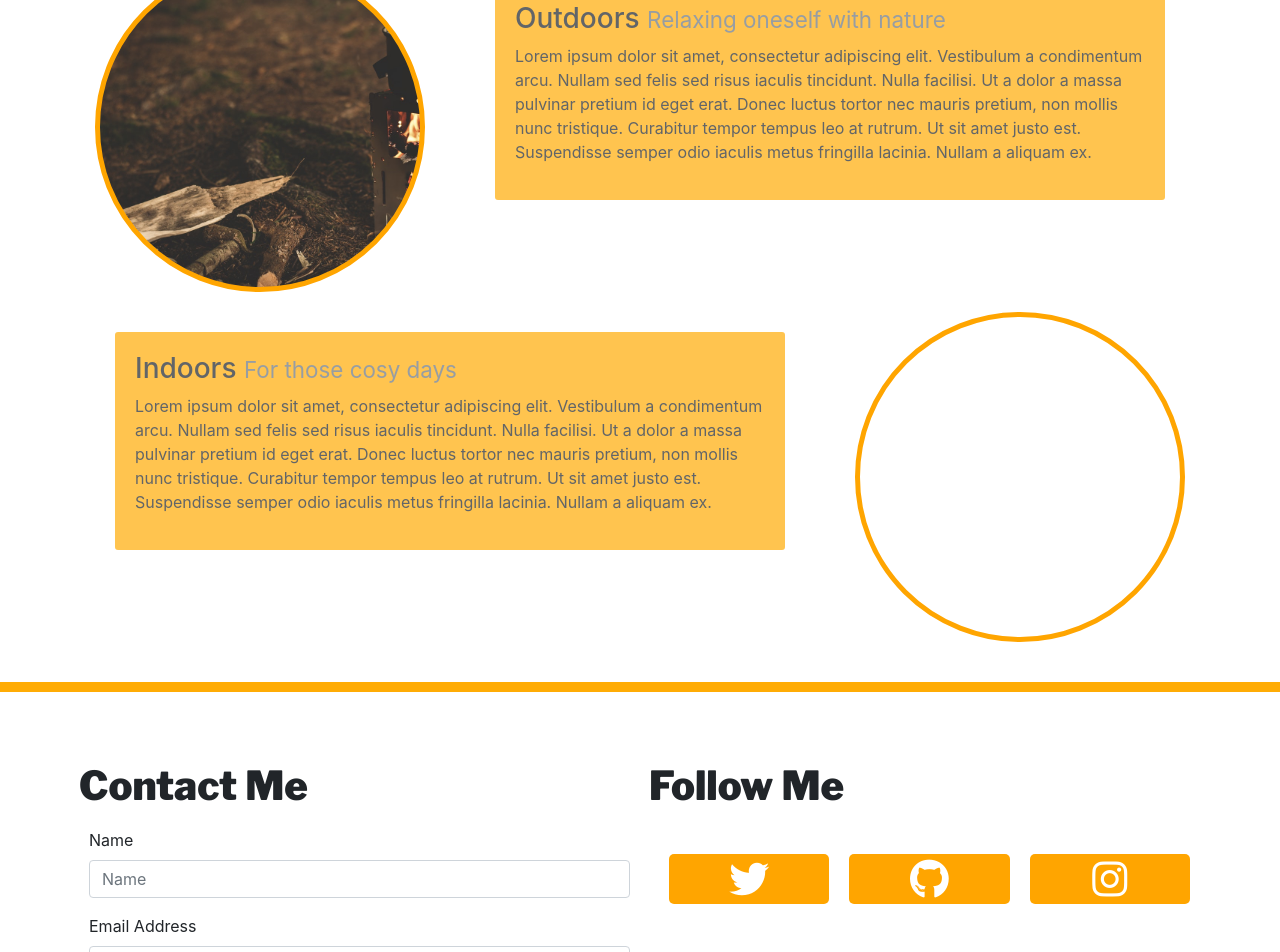
Repository: muhdarifrawi/resume-project
Page: index.html
The author's editor kept a record of every edit. The page is drawn from the files as they stood at one moment, then again after the next edit.
The browser window is 1280 px wide. The pictures show the part of the page from y = 2738 to 3690 px (the page is 4250 px tall).
Some web libraries are served in a nearby version.

Above is the page before.

### index.html
<!doctype html>
<html lang="en">

<head>
    <!-- Required meta tags -->
    <meta charset="utf-8">
    <meta name="viewport" content="width=device-width, initial-scale=1, shrink-to-fit=no">
    <!-- Font Awesome script -->
    <script src="https://kit.fontawesome.com/00e1568e72.js"></script>
    <!-- GOOGLE font -->
    <link href="https://fonts.googleapis.com/css?family=Libre+Franklin:900&display=swap" rel="stylesheet">
    <!-- AOS script -->
    <link href="https://unpkg.com/aos@2.3.1/dist/aos.css" rel="stylesheet">

    <!-- Bootstrap CSS -->
    <link rel="stylesheet" href="https://stackpath.bootstrapcdn.com/bootstrap/4.3.1/css/bootstrap.min.css" integrity="sha384-ggOyR0iXCbMQv3Xipma34MD+dH/1fQ784/j6cY/iJTQUOhcWr7x9JvoRxT2MZw1T" crossorigin="anonymous">
    <link rel="stylesheet" href="style.css" type="text/css" />
    <title>Online Resume</title>
</head>

  <!-- scroll spy added to body section -->
<body data-spy="scroll" data-target="#navscroll" data-offset="100">
    <!-- Navbar starts here -->
    <nav id="navscroll" class="navbar fixed-top navbar-expand-lg navbar-light bg-light">
        <a class="navbar-brand" href="#">My Resume</a>
        <button class="navbar-toggler" type="button" data-toggle="collapse" data-target="#navbarSupportedContent" aria-controls="navbarSupportedContent" aria-expanded="false" aria-label="Toggle navigation">
    <span class="navbar-toggler-icon"></span>
  </button>

        <div class="collapse navbar-collapse" id="navbarSupportedContent">
            <ul class="navbar-nav mr-auto">
                <li class="nav-item">
                    <a class="nav-link" href="#home">Home <span class="sr-only">(current)</span></a>
                </li>
                <li class="nav-item">
                    <a class="nav-link" href="#skills">Skills</a>
                </li>

                <li class="nav-item">
                    <a class="nav-link" href="#projects">Projects</a>
                </li>

                <li class="nav-item">
                    <a class="nav-link" href="#hobbies">Hobbies</a>
                </li>

                <li class="nav-item">
                    <a class="nav-link" href="#contact">Contact Me</a>
                </li>

            </ul>

        </div>
    </nav>
    <!-- navbar ends here -->

    <!--Jumbotron -->
    <div class="jumbotron jumbotron-fluid" id="home">
        <div class="container">
            <h1 class="display-4">Muhammad Arif Bin Rawi</h1>
            <p class="lead">Aspiring Junior Game Developer. </p>
        </div>
    </div>

    <div class="orange strip"></div>

<div class="container" id="skills">

<h1>Skills</h1>
    <!-- created div to slot in AOS -->
   <div data-aos="fade-right" data-aos-offset="300" data-aos-easing="ease-in-sine">
        <!-- photoshop row -->
        <div class="row pt-md-5">
            <div class="col-lg-3 col-sm-6">
                <div class="ware">
                    <img src="image/icon/PS.png" alt="photoshop" class="rounded">
                    <div class="house">
                        <div class="text">
                            <h5>Photoshop</h5>
                        </div>
                        <div class="text2">
                            <h6>Good</h6>
                        </div>
                    </div>
                </div>
            </div>
            <div class="col-lg-9 col-sm-6">
                <div class="bar-mid"></div>
            </div>
        </div>

        <!-- ms office row -->
        <div class="row">
            <div class="col-lg-3 col-sm-6">
                <div class="ware">
                    <img src="image/icon/MSO.png" alt="MS Office" class="rounded">
                    <div class="house">
                        <div class="text">
                            <h5>MS Office</h5>
                        </div>
                        <div class="text2">
                            <h6>Advance</h6>
                        </div>
                    </div>
                </div>
            </div>
            <div class="col-lg-9 col-sm-6">
                <div class="bar-full"></div>
            </div>
        </div>

        <!-- CSS row -->
        <div class="row">
            <div class="col-lg-3 col-sm-6">
                <div class="ware">
                    <img src="image/icon/CSS.png" alt="CSS" class="rounded">
                    <div class="house">
                        <div class="text">
                            <h5>CSS</h5>
                        </div>
                        <div class="text2">
                            <h6>Good</h6>
                        </div>
                    </div>
                </div>
            </div>
            <div class="col-lg-9 col-sm-6">
                <div class="bar-mid"></div>
            </div>
        </div>

        <!-- HTML row -->
        <div class="row">
            <div class="col-lg-3 col-sm-6">
                <div class="ware">
                    <img src="image/icon/HTML.png" alt="HTML" class="rounded">
                    <div class="house">
                        <div class="text">
                            <h5>HTML</h5>
                        </div>
                        <div class="text2">
                            <h6>Good</h6>
                        </div>
                    </div>
                </div>
            </div>
            <div class="col-lg-9 col-sm-6">
                <div class="bar-mid"></div>
            </div>
        </div>

        <!-- Java row -->
        <div class="row">
            <div class="col-lg-3 col-sm-6">
                <div class="ware">
                    <img src="image/icon/JS.png" alt="Java" class="rounded">
                    <div class="house">
                        <div class="text">
                            <h5>Java</h5>
                        </div>
                        <div class="text2">
                            <h6>Basic</h6>
                        </div>
                    </div>
                </div>
            </div>
            <div class="col-lg-9 col-sm-6">
                <div class="bar-min"></div>
            </div>
        </div>

        <!-- Python row -->
        <div class="row">
            <div class="col-lg-3 col-sm-6">
                <div class="ware">
                    <img src="image/icon/PY.png" alt="Python" class="rounded">
                    <div class="house">
                        <div class="text">
                            <h5>Python</h5>
                        </div>
                        <div class="text2">
                            <h6>Basic</h6>
                        </div>
                    </div>
                </div>
            </div>
            <div class="col-lg-9 col-sm-6">
                <div class="bar-min"></div>
            </div>
        </div>
    </div>
</div>

    <!-- <div class="orange strip"></div> -->

<!--usage of jumbotron to overcome "no-stretch" problem -->
<div class="jumbotron jumbotron-fluid "  id="projects">
<div class="container">
        <h1>Projects</h1>
        <div class="row">
            <div class="col">
                <div class="card note" style="width: 18rem;">
                    <div class="card-body">
                        <h5 class="card-title">Online Resume</h5>
                        <h6 class="card-subtitle mb-2 text-muted">HTML, CSS, Bootstrap</h6>
                        <p class="card-text">Project displaying the basics of creating a webpage.</p>

                        <a href="https://muhdarifrawi.github.io/resume-project/" target="_blank" class="card-link">
                            <div class="rounded-box"><i class="far fa-window-maximize"></i></div></a>

                        <a href="https://github.com/muhdarifrawi/resume-project" target="_blank" class="card-link">
                            <div class="rounded-box"><i class="fab fa-github"></i></div></a>
                    </div>
                </div>
            </div>

            <div class="col">
                <div class="card note2" style="width: 18rem;">
                    <div class="card-body">
                        <h5 class="card-title">Online Resume</h5>
                        <h6 class="card-subtitle mb-2 text-muted">HTML, CSS, Bootstrap</h6>
                        <p class="card-text">Project displaying the basics of creating a webpage.</p>

                        <a href="https://muhdarifrawi.github.io/resume-project/" target="_blank" class="card-link">
                            <div class="rounded-box"><i class="far fa-window-maximize"></i></div></a>

                        <a href="https://github.com/muhdarifrawi/resume-project" target="_blank" class="card-link">
                            <div class="rounded-box"><i class="fab fa-github"></i></div></a>
                    </div>
                </div>
            </div>

            <div class="col">
                <div class="card note3" style="width: 18rem;">
                    <div class="card-body">
                        <h5 class="card-title">Online Resume</h5>
                        <h6 class="card-subtitle mb-2 text-muted">HTML, CSS, Bootstrap</h6>
                        <p class="card-text">Project displaying the basics of creating a webpage.</p>

                        <a href="https://muhdarifrawi.github.io/resume-project/" target="_blank" class="card-link">
                            <div class="rounded-box"><i class="far fa-window-maximize"></i></div></a>

                        <a href="https://github.com/muhdarifrawi/resume-project" target="_blank" class="card-link">
                            <div class="rounded-box"><i class="fab fa-github"></i></div></a>
                    </div>
                </div>
            </div>

        </div>

        <div class="row">
        <div class="col">
            <div class="card note3" style="width: 18rem;">
                <div class="card-body">
                    <h5 class="card-title">Online Resume</h5>
                    <h6 class="card-subtitle mb-2 text-muted">HTML, CSS, Bootstrap</h6>
                    <p class="card-text">Project displaying the basics of creating a webpage.</p>

                    <a href="https://muhdarifrawi.github.io/resume-project/" target="_blank" class="card-link">
                        <div class="rounded-box"><i class="far fa-window-maximize"></i></div></a>

                    <a href="https://github.com/muhdarifrawi/resume-project" target="_blank" class="card-link">
                        <div class="rounded-box"><i class="fab fa-github"></i></div></a>
                </div>
            </div>
        </div>

        <div class="col">
            <div class="card note" style="width: 18rem;">
                <div class="card-body">
                    <h5 class="card-title">Online Resume</h5>
                    <h6 class="card-subtitle mb-2 text-muted">HTML, CSS, Bootstrap</h6>
                    <p class="card-text">Project displaying the basics of creating a webpage.</p>

                    <a href="https://muhdarifrawi.github.io/resume-project/" target="_blank" class="card-link">
                        <div class="rounded-box"><i class="far fa-window-maximize"></i></div></a>

                    <a href="https://github.com/muhdarifrawi/resume-project" target="_blank" class="card-link">
                        <div class="rounded-box"><i class="fab fa-github"></i></div></a>
                </div>
            </div>
        </div>

        <div class="col">
            <div class="card note2" style="width: 18rem;">
                <div class="card-body">
                    <h5 class="card-title">Online Resume</h5>
                    <h6 class="card-subtitle mb-2 text-muted">HTML, CSS, Bootstrap</h6>
                    <p class="card-text">Project displaying the basics of creating a webpage.</p>

                    <a href="https://muhdarifrawi.github.io/resume-project/" target="_blank" class="card-link">
                        <div class="rounded-box"><i class="far fa-window-maximize"></i></div></a>

                    <a href="https://github.com/muhdarifrawi/resume-project" target="_blank" class="card-link">
                        <div class="rounded-box"><i class="fab fa-github"></i></div></a>
                </div>
            </div>
        </div>

    </div>

    </div>
</div>
<!-- <div class="orange strip"></div> -->

<div class="container" id="hobbies">
    <h1>Hobbies</h1>
    <div class="row">

        <div class="col-sm-6 col-md-4 ">
            <div class="col"><div class="thumb camping"></div></div>
        </div>
        <div class="col-sm-6 col-md-8">
            <div class="card">
                <div class="card-body">
                    <h3>
                      Outdoors
                      <small class="text-muted">Relaxing oneself with nature</small>
                    </h3>

                    <p>
                        Lorem ipsum dolor sit amet, consectetur adipiscing elit. Vestibulum a condimentum arcu. Nullam sed felis sed risus iaculis tincidunt. Nulla facilisi. Ut a dolor a massa pulvinar pretium id eget erat. Donec luctus tortor nec mauris pretium, non mollis nunc tristique. Curabitur tempor tempus leo at rutrum. Ut sit amet justo est. Suspendisse semper odio iaculis metus fringilla lacinia. Nullam a aliquam ex.
                    </p>
                </div>
            </div>
        </div>

    </div>

       <div class="row">

        <div class="col-sm-6 order-sm-2 col-md-4">
            <div class="col"><div class="thumb indoor"></div></div>

        </div>
        <div class="col-sm-6 order-sm-1 col-md-8">

            <div class="card">
                <div class="card-body">
                    <h3>
                    Indoors
                      <small class="text-muted">For those cosy days</small>
                    </h3>

                    <p>
                        Lorem ipsum dolor sit amet, consectetur adipiscing elit. Vestibulum a condimentum arcu. Nullam sed felis sed risus iaculis tincidunt. Nulla facilisi. Ut a dolor a massa pulvinar pretium id eget erat. Donec luctus tortor nec mauris pretium, non mollis nunc tristique. Curabitur tempor tempus leo at rutrum. Ut sit amet justo est. Suspendisse semper odio iaculis metus fringilla lacinia. Nullam a aliquam ex.
                    </p>
                </div>
            </div>

        </div>

    </div>

</div>

<div class="orange strip"></div>

<div class="container" id="contact">


<div class="row">


<!-- left column -->
<div class="col-sm-6 pl-4">
    <!-- top column -->
    <div class="row">
    <h1>Contact Me</h1>
    </div>

<!-- bottom column -->
<div class="row">
<div class="col">
<form>

    <div class="form-group">
        <label for="name">Name</label>
        <input type="text" class="form-control" id="form1" placeholder="Name" required>
    </div>

    <div class="form-group">
        <label for="email">Email Address</label>
        <input type="email" class="form-control" id="form1" placeholder="name@example.com" required>
    </div>


    <div class="form-group">
        <label for="Textarea">Comments</label>
        <textarea class="form-control" id="form1" rows="3" required></textarea>
    </div>

    <input class="btn btn-primary" type="submit" value="Submit">
</form>

</div>
</div>
</div>
<!-- right column-->
<div class="col-sm-6 pl-4">
    <!-- top column -->
    <div class="row">
    <h1>Follow Me</h1>
    </div>
<!--bottom column -->
<div class="col">
    <div class="row pt-3"></div>
    <div class="row">
        <div class="col"><a href="https://www.twitter.com/ArifRawi" target="_blank"><div class="rounded-box"><i class="fab fa-twitter"></i></div></a></div>
        <div class="col"><a href="https://github.com/muhdarifrawi" target="_blank"><div class="rounded-box"><i class="fab fa-github"></i></div></a></div>
        <div class="col"><a href="https://www.instagram.com/muhdarifrawi/" target="_blank"><div class="rounded-box"><i class="fab fa-instagram"></i></div></a></div>

    </div>
    <div class="row"></div>
</div>
</div>
</div>
</div>

<div class="orange banner">
    <div class="container" id="footer">

        <div class="row">

            <div class="col-sm-4 px-4">
                <h6>Acknowledgments</h6>
                    <p>Thank you to all that has helped and guided me in making this project work.</p>



            </div>

            <div class="col-sm-4 px-4">
                <h6>Disclaimer</h6>
                <p>This webpage is a work meant for education purposes only. </p>
            </div>

            <div class="col-sm-4 px-4">
                <h6>Copyright 2019, all rights reserved.</h6>
            </div>
        </div>

    </div>
</div>
    <!-- Optional JavaScript -->
    <!-- jQuery first, then Popper.js, then Bootstrap JS -->
    <script src="https://code.jquery.com/jquery-3.3.1.slim.min.js" integrity="sha384-q8i/X+965DzO0rT7abK41JStQIAqVgRVzpbzo5smXKp4YfRvH+8abtTE1Pi6jizo" crossorigin="anonymous"></script>
    <script src="https://cdnjs.cloudflare.com/ajax/libs/popper.js/1.14.7/umd/popper.min.js" integrity="sha384-UO2eT0CpHqdSJQ6hJty5KVphtPhzWj9WO1clHTMGa3JDZwrnQq4sF86dIHNDz0W1" crossorigin="anonymous"></script>
    <script src="https://stackpath.bootstrapcdn.com/bootstrap/4.3.1/js/bootstrap.min.js" integrity="sha384-JjSmVgyd0p3pXB1rRibZUAYoIIy6OrQ6VrjIEaFf/nJGzIxFDsf4x0xIM+B07jRM" crossorigin="anonymous"></script>
    <!--AOS script -->
    <script src="https://unpkg.com/aos@2.3.1/dist/aos.js"></script>

    <script>
        AOS.init();
    </script>
</body>

</html>

### style.css
html{
    width:100%;
    height:100%;

}

body{
    padding-top:30px;
    width:100%;
    height:100%;

}

.jumbotron{
    margin-bottom:0px;
}

.box{
    height:50px;
    width:50px;
}

.red{
    background-color:red;
}

.blue{
    background-color:blue;
}

.orange{
    background-color:rgba(255, 172, 5, 1);
}

.strip{
    width:100%;
    height:10px;
}

.banner{
    width:100%;
    height:300px;
}

.rect{
    width:100%;
    height:100%;
    padding:15px;
}

.container{
    padding-top:70px;
    padding-bottom:30px;
}

.shelf{
    height:100%;
    width:100%;
}

.col{
    padding:10px;
}


.jumbotron {
  color:white;
}

#home{
    background-image: url("image/bg/bench.jpg");
    background-size: cover;
    /*this allows the image to stretch height to its max. needs html and body to be height:100% as well*/
    height:100%;

}

h1 {
font-family: 'Libre Franklin', sans-serif;
}

.card{
    margin:30px;
    opacity:0.7;
    border:none;

}

.card-body{
    background-color:rgb(255, 172, 5);
    border-radius:3px;

}

.card:hover{
    opacity:1;
}

#footer{
    padding-bottom:0px;
    padding-left:0px;
    padding-right:0px;
    width:100%;
}

.btn-primary{
    background-color:rgb(255, 193, 100);
    border-color:rgb(255, 193, 100);

}

.btn-primary:hover {
    background-color:rgb(255, 234, 5);
    border-color:rgb(255, 234, 5);

}

.icon{
    height:60px;
}

#projects{
    background-image:url(image/bg/circuits.jpg);
    background-size:cover;
    height:1030px;
    padding:0px;

}

#projects h1{
    color:black;
}

#skills{
    background-image:url(image/bg/graph.jpg);
    background-size:cover;

}

.rounded-box{
    background-color:orange;
    height:50px;
    border-radius:5px;
    text-align:center;
    border:1px;
    transition-duration:0.5s;
}

.rounded-box:hover{
    transition-duration:0.5s;
    background-color:rgb(255, 234, 5);
    border-color:rgb(255, 234, 5);
}

.fa-twitter{
    padding-top:5px;
    font-size:40px;
    color:white;
}

.fa-github{
    padding-top:5px;
    font-size:40px;
    color:white;
}

.fa-instagram{
    padding-top:5px;
    font-size:40px;
    color:white;
}

.fa-window-maximize{
    padding-top:5px;
    font-size:40px;
    color:white;
}

.follow{
    margin-top:50px;
}


.bar-full {
    width:0%;
    height:30px;
    background-color:blue;
    animation-name: adv;
    animation-duration: 4s;
    animation-fill-mode:forwards;
    transform:translate(0, 100%);
}

@keyframes adv{

    from{
        width:0%;
        Background-color:rgb(255, 234, 5);
    }

    to{
        width:90%;
        background-color:rgb(5, 255, 172);

    }

}

.bar-mid {
    width:0%;
    height:30px;
    background-color:blue;
    animation-name: gd;
    animation-duration: 4s;
    animation-fill-mode:forwards;
    transform:translate(0, 100%);
}

@keyframes gd{

    from{
        width:0%;
        Background-color:rgb(255, 234, 5);
    }

    to{
        width:60%;
        background-color:rgb(255, 109, 5);

    }

}

.bar-min {
    width:0%;
    height:30px;
    background-color:blue;
    animation-name: basic;
    animation-duration: 4s;
    animation-fill-mode:forwards;
    transform:translate(0, 100%);
}

@keyframes basic{

    from{
        width:0%;
        Background-color:rgb(255, 234, 5);
    }

    to{
        width:30%;
        background-color:rgb(255, 234, 5);

    }

}

.ware{
    /*background-color:purple;*/
    width:100px;
    height:100%;
    margin-left:150px;

}

.rounded{
    width:100%;
}

.house{
    background-color:rgb(255, 172, 5);
    width:100px;
    height:100%;
    transform:translate(0,-100%);
    opacity:0;
    transition-duration:0.75s;
    position:absolute;
    text-align:justify;
    border-radius:3px;
}

.ware:hover .house{
    opacity:0.9;
    cursor:pointer;
}

.text{
    color:rgb(88, 5, 255);
    margin-top:5px;
    text-align:center;
}

.text2{
    color:rgba(5, 88, 255, 0.7);
    margin-top:5px;
    text-align:center;
}

.note {
    transform:rotate(-10deg);
    transition-duration: 1s;
}

.note:hover {
    transform:rotate(0deg);
}

.thumb{
    height:330px;
    width:330px;
    /*background-color:green;*/
    border-radius:165px;
    border-color:orange;
    border-style:solid;
    border-width:5px;
}

.camping{
  background-image:url(image/thumb/camping.jpg);
  background-size:cover;
}

.indoor{

}

After the next edit:
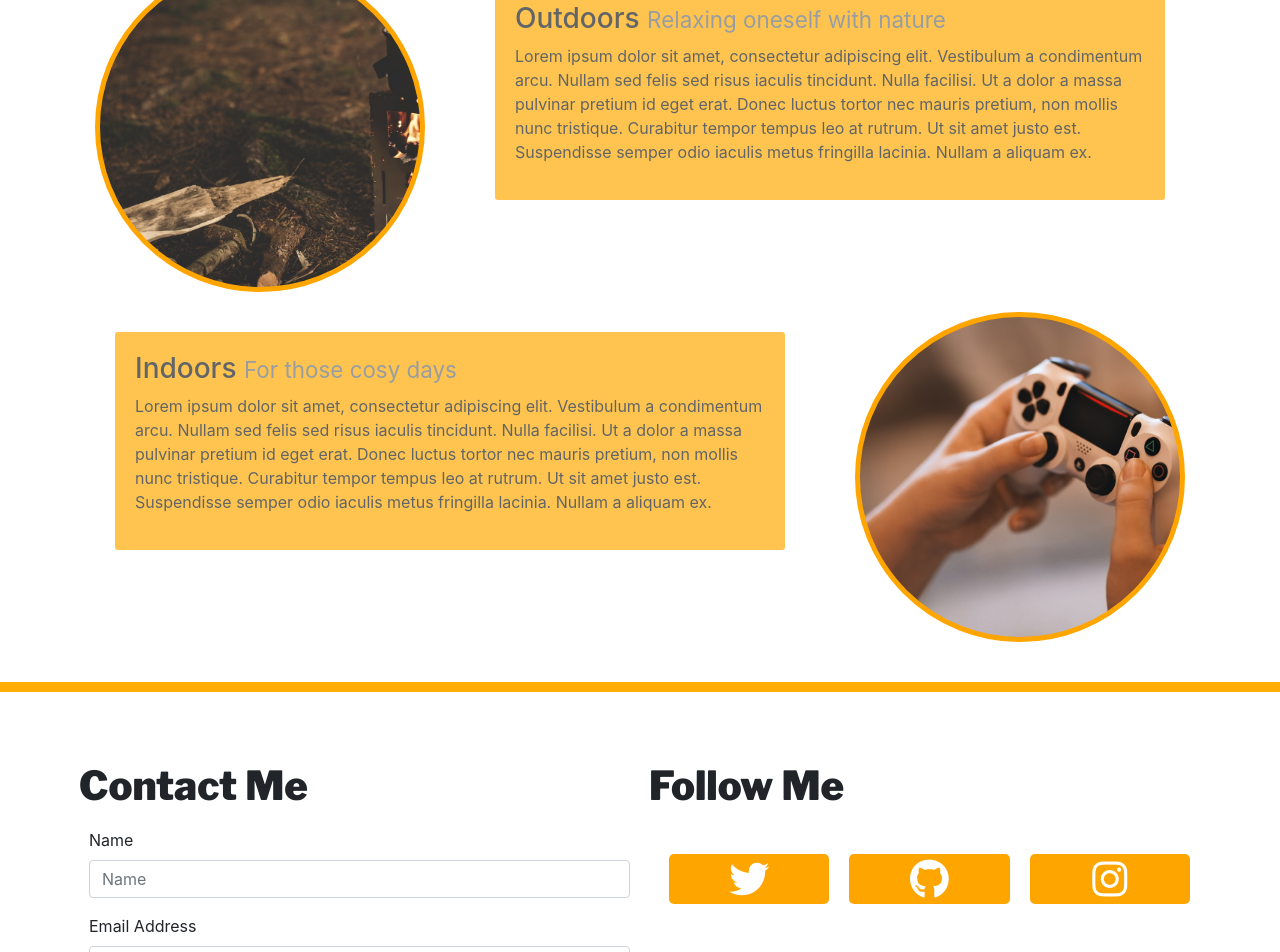
The edit:
--- a/style.css
+++ b/style.css
@@ -322,5 +322,6 @@
 }
 
 .indoor{
-
-}
+  background-image:url(image/thumb/indoor.jpg);
+  background-size:cover;
+}
